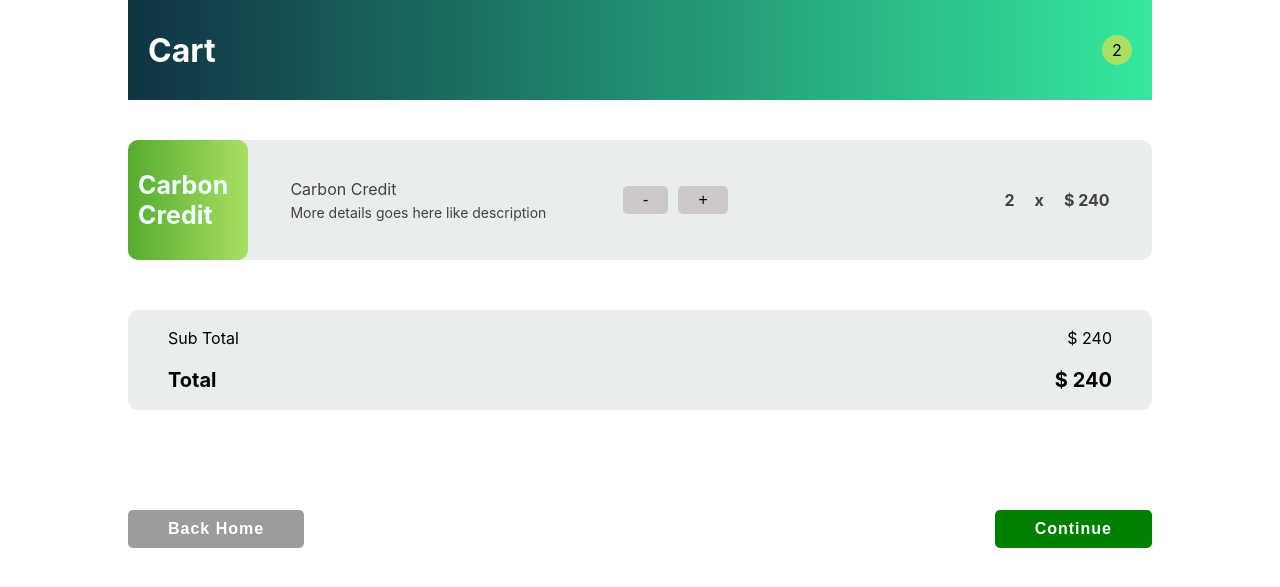
Repository: Yowani24/CarbonApp
Page: /cart
The author's editor kept a copy of each file at every save. The page is drawn from the files as they stood at one save, then again after the next save.
The browser window is 1280 px wide. The pictures show the whole page.
The project was rebuilt for these pictures with package versions that can differ from the ones it lists, and the page was loaded fresh each time. The framework's server and built-in components were replaced by stand-ins that run in the browser. Also part of the build but not shown: next.config.js.

Above is the page before, as saved 2021-09-27 12:13:30.

After the next save:
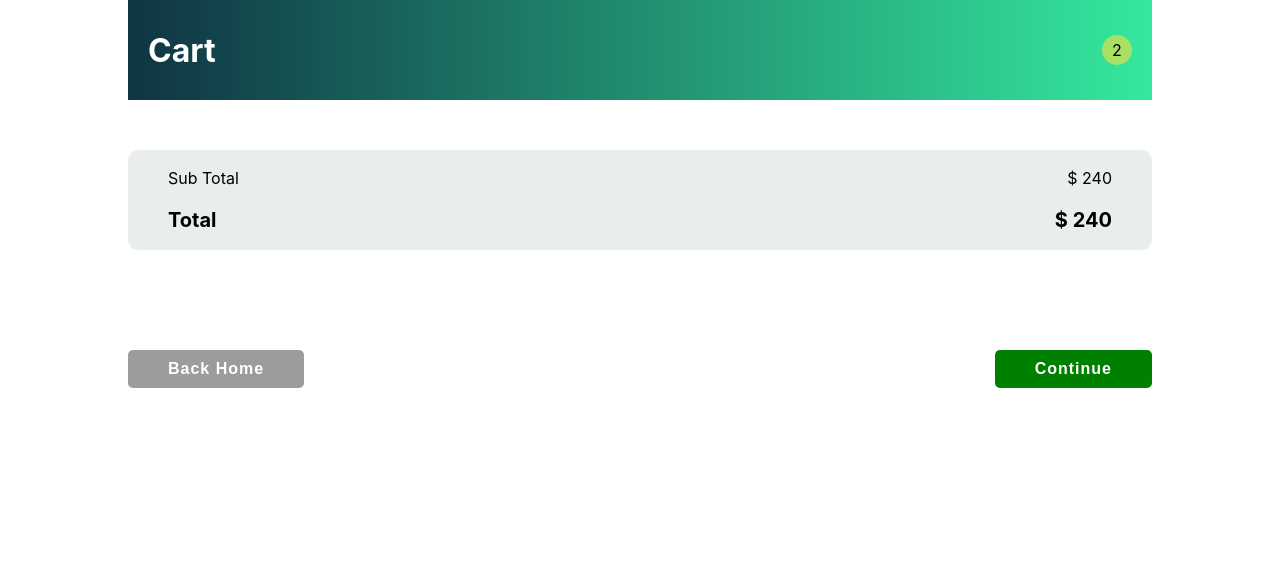
Saved 49 s later.
--- a/pages/cart/index.js
+++ b/pages/cart/index.js
@@ -27,31 +27,7 @@ export default function Cart(props) {
           <section>
               <div className={styles.interface}>
                   <div className={styles.boxes}>
-                      <div className={styles.content_box}>
-                          <div className={styles.box}>
-                              <h3>Carbon Credit</h3>
-                          </div>
 
-                          <div className={styles.product_details}>
-                            <div className={styles.description}>
-                                <p>Carbon Credit</p>
-                                <p>More details goes here like description</p>
-                            </div>
-
-                            <div className={styles.details_wrapper}>
-                                <div className={styles.quantity_controls}>
-                                    <button>-</button>
-                                    <button>+</button>
-                                </div>
-
-                                <div className={styles.current_money}>
-                                    <p>2</p>
-                                    <span>x</span>
-                                    <p>$ 240</p>
-                                </div>
-                            </div>
-                          </div>
-                      </div>
                   </div>
 
                   <div className={styles.total_to_pay_box}>
